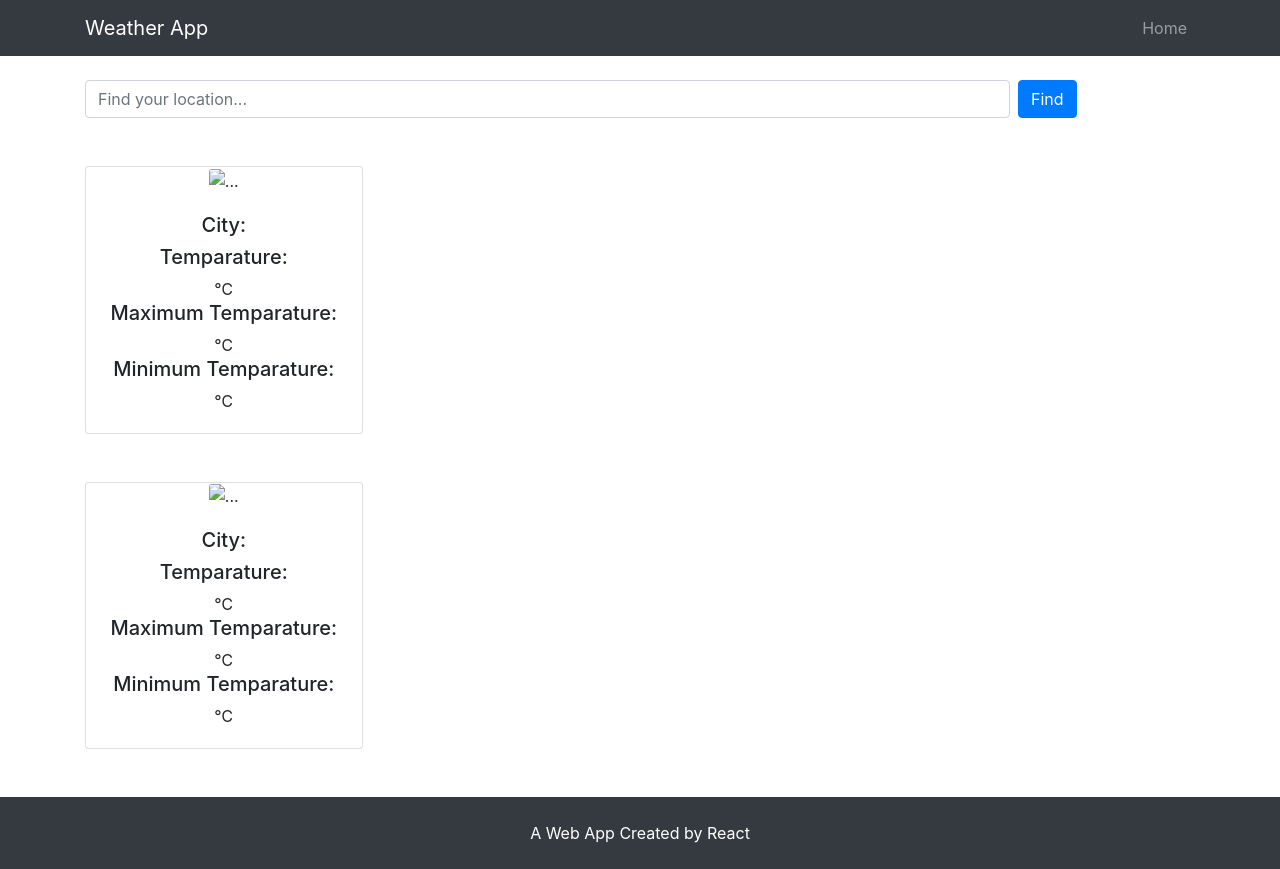
Repository: smk87/weather-app-react
Page: /
The author's editor kept a copy of each file at every save. The page is drawn from the files as they stood at one save, then again after the next save.
The browser window is 1280 px wide. The pictures show the whole page.
The page's requests for data from a server got no answer. Some web libraries are served in a nearby version. The project was rebuilt for these pictures with package versions that can differ from the ones it lists, and the page was loaded fresh each time. A package was used in the major version that the imports need, not the one package.json lists. No one was signed in, and anything a server would have sent is missing.

Above is the page before, as saved 2019-02-06 18:20:04.

After the next save:
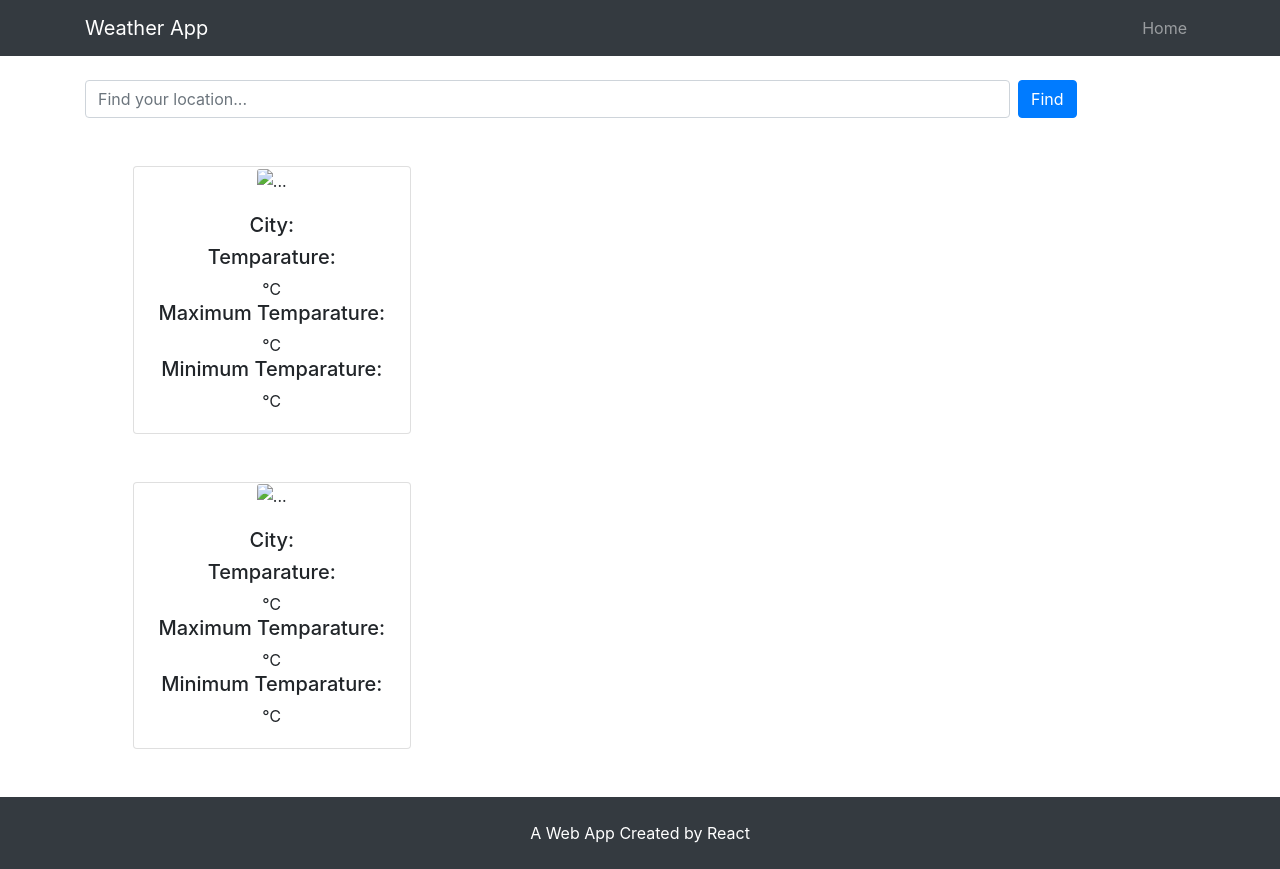
Saved 11 s later.
--- a/src/components/Weather.js
+++ b/src/components/Weather.js
@@ -89,7 +89,7 @@ export default class Weather extends Component {
 
   render() {
     return (
-      <div className="mt-5 mr-2 h-50 w-25 card">
+      <div className="mt-5 ml-5 h-50 w-25 card">
         <div>
           <img src={this.state.logo} className="card-img-top" alt="..." />
         </div>
